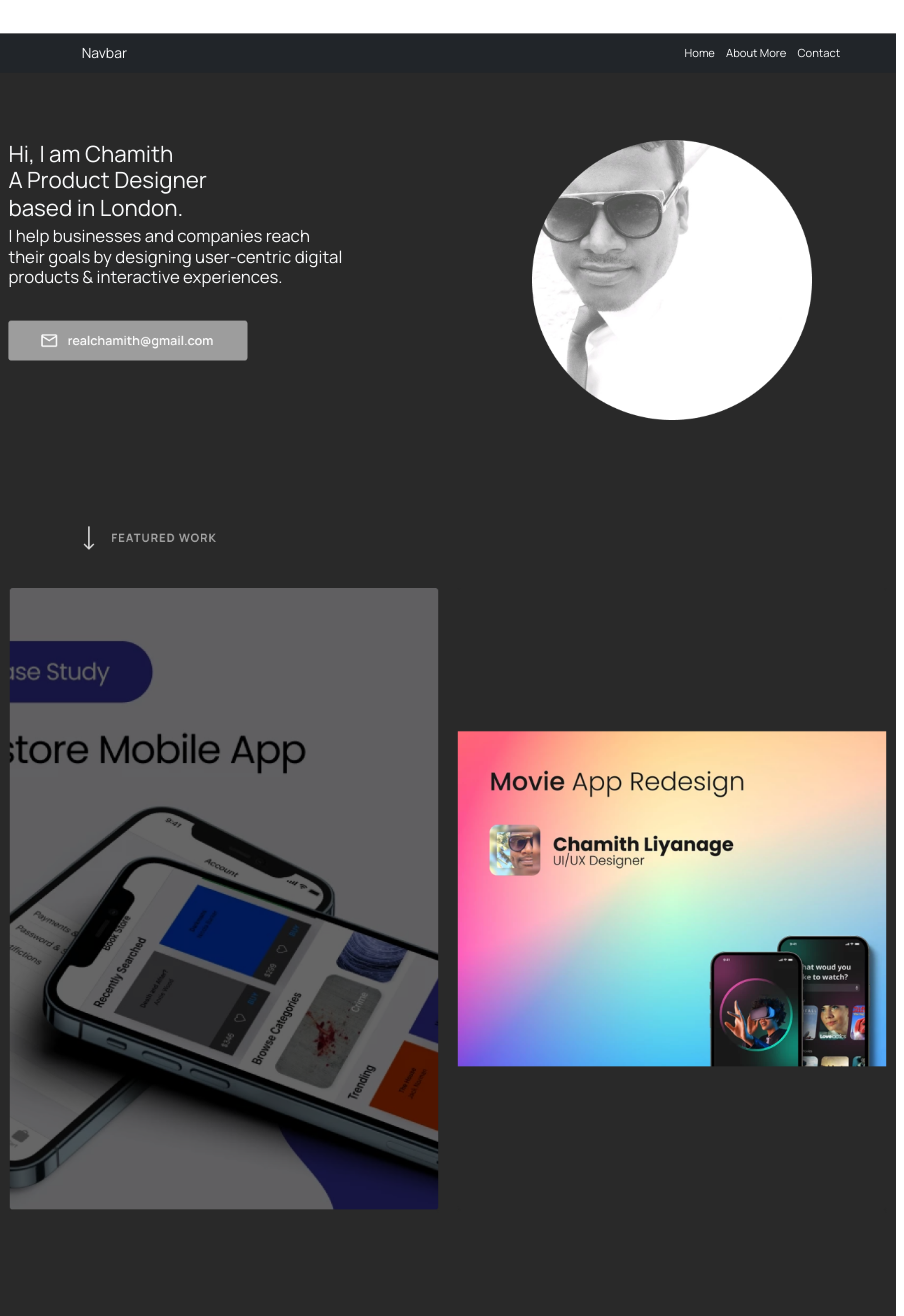
Repository: Realchamithweb/chamith-html
Page: index.html
An editor plug-in stored every save of this project. The page is shown before and after the next save, followed by the edit.
The browser window is 1280 px wide. The page is 1292 px wide, so the pictures cover 1292 px, including what lies to the right of the window. The pictures show the part of the page from y = 0 to 1880 px (the page is 4225 px tall before and 4129 px after), at 70% of full size.

Above is the page before, as saved 2023-01-04 16:12:51.

### index.html
<!doctype html>
<html lang="en">
  <head>
    <!-- Required meta tags -->
    <meta charset="utf-8">
    <meta name="viewport" content="width=device-width, initial-scale=1">
    <link rel="stylesheet" href="/css/style.css">
    <link rel="script" href="/js/main.js">
    <!-- Bootstrap CSS -->
    <link href="https://cdn.jsdelivr.net/npm/bootstrap@5.0.2/dist/css/bootstrap.min.css" rel="stylesheet" integrity="sha384-EVSTQN3/azprG1Anm3QDgpJLIm9Nao0Yz1ztcQTwFspd3yD65VohhpuuCOmLASjC" crossorigin="anonymous">
    <link rel="stylesheet" href="https://fonts.googleapis.com/css?family=Manrope">
    <title>Hello, world!</title>
  </head>
  <body>
    <div class="main">
            <div class="head mt-5 mb-5">
                <nav class="navbar navbar-expand-lg navbar-light bg-dark">
                    <div class="container-fluid">
                        <div class="col-md-1"></div>
                    <a class="navbar-brand col-md-8 text-light" href="#">Navbar</a>
                    <button class="navbar-toggler" type="button" data-bs-toggle="collapse" data-bs-target="#navbarNavDropdown" aria-controls="navbarNavDropdown" aria-expanded="false" aria-label="Toggle navigation">
                        <span class="navbar-toggler-icon"></span>
                    </button>
                    <div class="collapse navbar-collapse" id="navbarNavDropdown">
                        <ul class="navbar-nav">
                        <li class="nav-item">
                            <a class="nav-link active text-light" aria-current="page" href="#">Home</a>
                        </li>
                        <li class="nav-item">
                            <a class="nav-link text-light" href="/work.html">About More</a>
                        </li>
                        <li class="nav-item">
                            <a class="nav-link text-light" href="/contact.html">Contact</a>
                        </li>
                        </ul>
                    </div>
                    </div>
                </nav>
            </div>

            <section>
            <div class="hero">
                <div class="container-fluid">
                    <div class="row">
                        <div class="col-lg-6 ">
                            <p class="hero-title text-light h2 mt-5">Hi, I am Chamith<br>
                                A Product Designer<br>
                                based in London.
                            </p>
                            <p class="hero-text text-light h4 mt-2">
                                I help businesses and companies reach <br>
                                their goals by designing user-centric digital <br>
                                products & interactive experiences.
                            </p>
                            <div class="mt-5">
                                <img src="/inc/Btn.png" class="img02">
                            </div>
                        </div>
                        <div class="col-lg-6 d-flex justify-content-center mb-5 mt-5">
                            <img src="/inc/unsplash_XHVpWcr5grQ.png"" class="img01">
                        </div>
                    </div>
                </div>
            </div>
            </section>
            <section>
            <div class="Featured-Work">
                <div class="container-fluid">
                    <div class="row mt-5">
                        <div class="col-lg-1  mb-5"></div>
                        <div class="col-lg-10  mb-5 mt-5">
                            <img src="/inc/Featured.png" class="img00">
                        </div>
                        <div class="col-lg-6 d-flex justify-content-center">
                            <img src="/inc/unsplash_mxPiMiz7KCo.png" class="img01">

                        </div>
                        <div class="col-lg-6 d-flex justify-content-center">
                            <img src="/inc/unsplash_g-pKprPg5yw.png" class="img02">
                        </div>
                    </div>
                </div>
                <div class="container-fluid">
                    <div class="row">
                        <div class="col-lg-6 d-flex justify-content-center">
                            <img src="/inc/unsplash_pqzRfBhd9r0.png" class="img01">
                        </div>
                        <div class="col-lg-6 d-flex justify-content-center">
                            <img src="/inc/unsplash_x-HpilsdKEk.png" class="img01">
                        </div>
                    </div>
                </div>
            </div>
            </section>
            <section>
                <div class="Visual-Explorations mb-5">
                    <div class="container-fluild">
                        <div class="row">
                            <div class="col-lg-12 d-flex justify-content-center text-light h1 mt-5 mb-5">Visual Explorations</div>
                            <div class="col-lg-4 d-flex justify-content-center">
                                <img src="/inc/unsplash_fd6K_OFlnRA.png" class="img01">
                            </div>
                            <div class="col-lg-4 d-flex justify-content-center">
                                <img src="/inc/unsplash_Glel-RswQqM.png" class="img01">
                            </div>
                            <div class="col-lg-4 d-flex justify-content-center">
                                <img src="/inc/unsplash_pPTw_RTkvXQ.png" class="img01">
                            </div>
                        </div>
                    </div>
                </div>
            </section>
            <section>
                <div class="Personal-Projects">
                    <div class="container-fluild">
                        <div class="row">
                            <div class="col-lg-12 d-flex justify-content-center text-light h1 mt-5">Personal Projects</div>
                            <div class="col-lg-4 d-flex justify-content-center">
                                <img src="/inc/Rectangle 4.png" class="img01">
                            </div>
                            <div class="col-lg-4 d-flex justify-content-center">
                                <img src="/inc/Rectangle 4-1.png" class="img01">
                            </div>
                            <div class="col-lg-4 d-flex justify-content-center">
                                <img src="/inc/Rectangle 4-2.png" class="img01">
                            </div>
                        </div>
                    </div>
                </div>
            </section>
            <section>
                <div class="contact-me">
                    <div class="container-fluild">
                        <div class="row">
                                <h2 class="text-light d-flex justify-content-center mb-5">Contact Me</h2>
                                <p class="text-light d-flex text-center justify-content-center h5 mb-5">If you are looking to hire a product designer,<br>
                                    I’m currently available for freelance work</p>
                                <div class="col-lg-12 d-flex justify-content-center mb-5">
                                    <img src="/inc/Btn.png" class="img02">
                                </div>
                        </div>
                    </div>
                </div>
            </section>
            <section>
                <div class="footer">
                    <div class="container-fluild">
                        <div class="row">
                            <hr class="text-light">
                            <div class="col-lg-4 text-center text-light mb-3">Made by Chamith — Copyright 2022</div>
                            <div class="col-lg-4 mb-3"></div>
                            <div class="col-lg-4 mb-3"><img src="/inc/Icons.png" class="img02"></div>
                        </div>
                    </div>
                </div>
            </section>

    </div>




    <!-- Optional JavaScript; choose one of the two! -->

    <!-- Option 1: Bootstrap Bundle with Popper -->
    <script src="https://cdn.jsdelivr.net/npm/bootstrap@5.0.2/dist/js/bootstrap.bundle.min.js" integrity="sha384-MrcW6ZMFYlzcLA8Nl+NtUVF0sA7MsXsP1UyJoMp4YLEuNSfAP+JcXn/tWtIaxVXM" crossorigin="anonymous"></script>

    <!-- Option 2: Separate Popper and Bootstrap JS -->
    <!--
    <script src="https://cdn.jsdelivr.net/npm/@popperjs/core@2.9.2/dist/umd/popper.min.js" integrity="sha384-IQsoLXl5PILFhosVNubq5LC7Qb9DXgDA9i+tQ8Zj3iwWAwPtgFTxbJ8NT4GN1R8p" crossorigin="anonymous"></script>
    <script src="https://cdn.jsdelivr.net/npm/bootstrap@5.0.2/dist/js/bootstrap.min.js" integrity="sha384-cVKIPhGWiC2Al4u+LWgxfKTRIcfu0JTxR+EQDz/bgldoEyl4H0zUF0QKbrJ0EcQF" crossorigin="anonymous"></script>
    -->
  </body>
</html>

### css/style.css
.main{
    background-color: #292929;
    font-family: 'Manrope', serif;

}

/*
.hero-title{
    position: absolute;
    width: 824px;
    height: 192px;
    left: 96px;
    top: 240px;

    font-family: 'Inter';
    font-style: normal;
    font-weight: 400;
    font-size: 54px;
    line-height: 64px;
    color: #000000;
}

.hero-text{
    position: absolute;
    width: 824px;
    height: 90px;
    left: 96px;
    top: 456px;

    font-family: 'Inter';
    font-style: normal;
    font-weight: 400;
    font-size: 20px;
    line-height: 30px;
    /* or 150% */
    /* color: #000000
}

.hero-btn{
    box-sizing: border-box;
    position: absolute;
    width: 341.57px;
    height: 57px;
    left: 96px;
    top: 634px;

    background: #FFFFFF;
    border: 1px solid #000000;
    border-radius: 4px;
}

.f-row{
    display: flex;
    flex-direction: row;
    justify-content: center;
    align-items: center;
    padding: 8px;
    gap: 32px;

    position: absolute;
    height: 48px;
    left: 96px;
    top: 836px;
}

.img00{
    display: flex;
    flex-direction: row;
    justify-content: center;
    align-items: center;
    padding: 8px;
    gap: 32px;

    position: absolute;
    width: 198px;
    height: 48px;
    left: 96px;
    top: 836px;

}

.img01{
    position: absolute;
    width: 612px;
    height: 888px;
    left: 96px;
    top: 964px;
    border-radius: 4px;
}

.img01:hover{
    background: linear-gradient(0deg, rgba(0, 0, 0, 0.6), rgba(0, 0, 0, 0.6)), url("/inc/Bookstore.png"), #292929;
}

.img02{
    position: absolute;
    width: 612px;
    height: 888px;
    left: 732px;
    top: 1102px;

    background: url(3ffea8135910975.Y3JvcCwxMDgwLDg0NCwwLDExNw.png), #292929;
    border-radius: 4px;
}  */

After the next save:
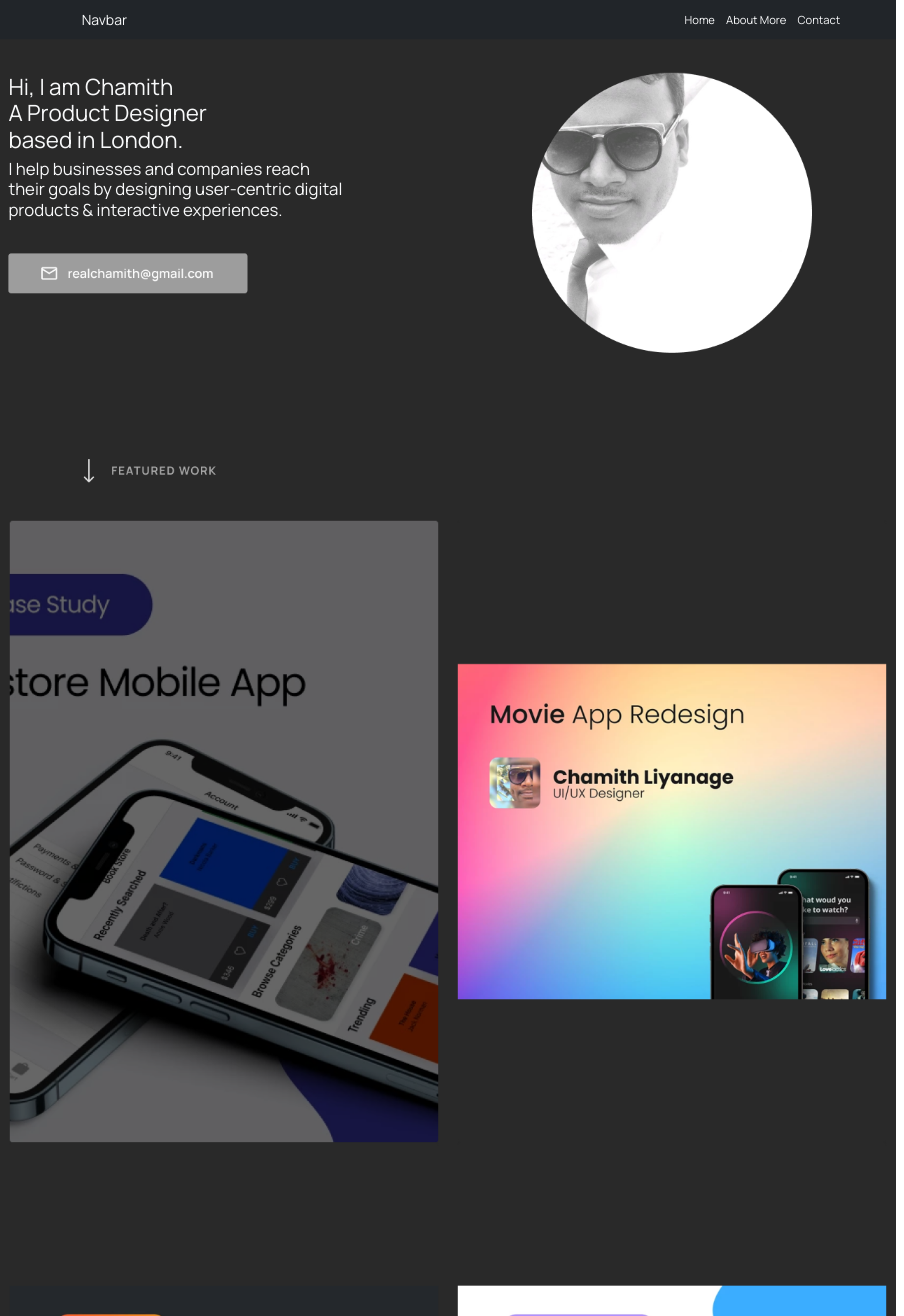
Saved 40 s later.
--- a/index.html
+++ b/index.html
@@ -13,7 +13,7 @@
   </head>
   <body>
     <div class="main">
-            <div class="head mt-5 mb-5">
+            <div class="head">
                 <nav class="navbar navbar-expand-lg navbar-light bg-dark">
                     <div class="container-fluid">
                         <div class="col-md-1"></div>
